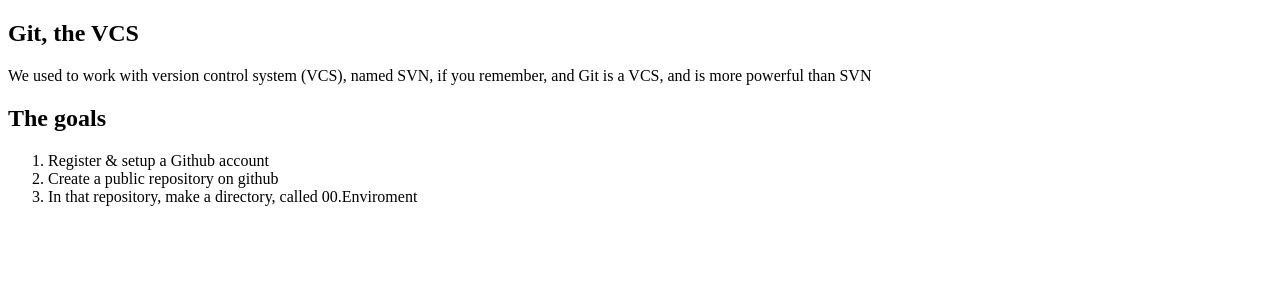
Repository: mrdo2010vn/00.enviroment
Page: 00.TestingEnviroment/emmet.html
These files come from the project's save history. The page is drawn as it stood at one moment and after the next save; the edit follows.
The browser window is 1280 px wide. The pictures show the whole page.

Above is the page before, as saved 2013-09-25 08:23:21.

### 00.TestingEnviroment/emmet.html
<!DOCTYPE html PUBLIC "-//W3C//DTD HTML 4.01 Transitional//EN" "http://www.w3.org/TR/html4/loose.dtd">
<html>
<head>
<meta http-equiv="Content-Type" content="text/html; charset=UTF-8">
<title>Insert title here</title>
</head>
<body>
	<div class="part">
		<div class="title">
			<h2 class="bold"><span class="underscore">Git</span>, the VCS</h2>
			<p>We used to work with version control system (VCS), named SVN, if you remember, and Git is a VCS, and is more powerful than SVN</p>
		</div>
		<div class="content">
			<h2 class="bold">The goals</h2>
			<ol>
				<li>Register & setup a Github account</li>
				<li>Create a public repository on github</li>
				<li>In that repository, make a directory, called <span class="bold italic">00.Enviroment</span></li>
			</ol>
		</div>
	</div>
</body>
</html>

After the next save:
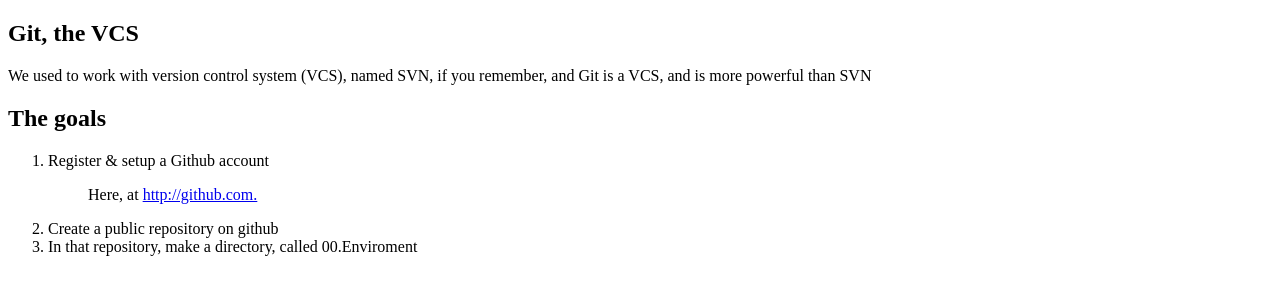
Saved 3 min 34 s later.
--- a/00.TestingEnviroment/emmet.html
+++ b/00.TestingEnviroment/emmet.html
@@ -7,13 +7,16 @@
 <body>
 	<div class="part">
 		<div class="title">
-			<h2 class="bold"><span class="underscore">Git</span>, the VCS</h2>
+			<h2><span class="underscore">Git</span>, the VCS</h2>
 			<p>We used to work with version control system (VCS), named SVN, if you remember, and Git is a VCS, and is more powerful than SVN</p>
 		</div>
 		<div class="content">
-			<h2 class="bold">The goals</h2>
+			<h2>The goals</h2>
 			<ol>
 				<li>Register & setup a Github account</li>
+				<blockquote>
+					<p>Here, at <a href="http://github.com">http://github.com.</a></p>
+				</blockquote>
 				<li>Create a public repository on github</li>
 				<li>In that repository, make a directory, called <span class="bold italic">00.Enviroment</span></li>
 			</ol>
